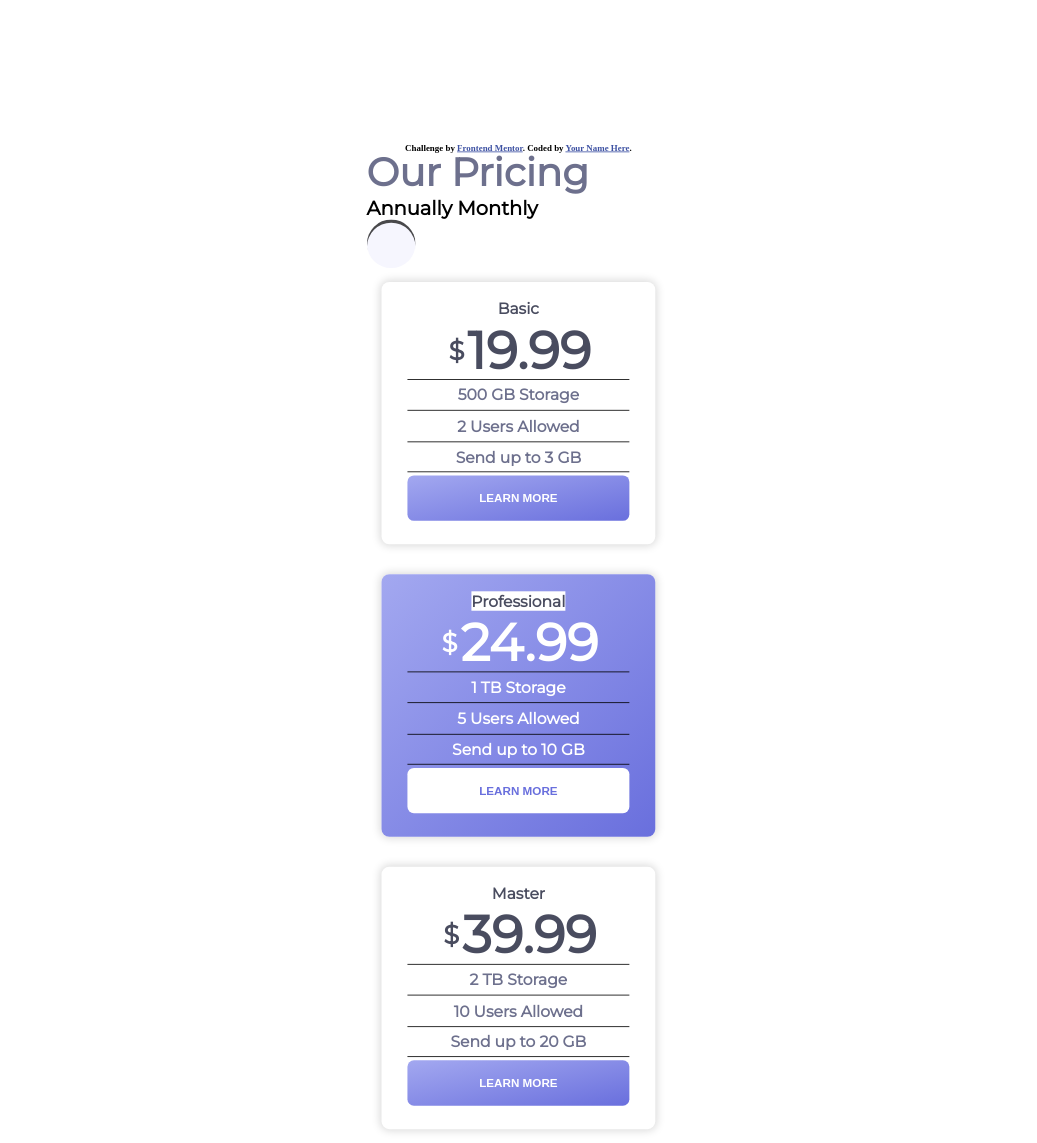
Repository: JuzzJoel/pricing-component-with-toggle-master
Page: index.html
These files come from the project's save history. The page is drawn as it stood at one moment and after a run of saves; the edit follows.
The browser window is 1280 px wide. The pictures show the whole page, at 81% of full size.

Above is the page before, as saved 2025-05-24 11:40:40.

### index.html
<!DOCTYPE html>
<html lang="en">
<head>
  <meta charset="UTF-8">
  <meta name="viewport" content="width=device-width, initial-scale=1.0"> <!-- displays site properly based on user's device -->

  <link rel="icon" type="image/png" sizes="32x32" href="./images/favicon-32x32.png">
  <link rel="preconnect" href="https://fonts.googleapis.com">
  <link rel="preconnect" href="https://fonts.gstatic.com" crossorigin>
  <link
    href="https://fonts.googleapis.com/css2?family=Montserrat:ital,wght@700"
    rel="stylesheet">
  <title>Frontend Mentor | [pricing-component-with-toggle-master]</title>
  <style>
    :root{

      --linear-gradient: linear-gradient(to bottom right, hsl(236, 72%, 79%), hsl(237, 63%, 64%));

--clr-pri: hsl(240, 78%, 98%);
--clr-pri-acc: hsl(234, 14%, 74%);
--clr-sec: hsl(233, 13%, 49%);
--clr-sec-acc: hsl(232, 13%, 33%);
    }
*,
*::before,
*::after {
    box-sizing: border-box;
}

* {
    margin: 0;
    padding: 0;
    box-sizing: border-box;
}
.visually-hidden:not(:focus):not(:active) {
  clip: rect(0 0 0 0);
  clip-path: inset(50%);
  height: 1px;
  overflow: hidden;
  position: absolute;
  white-space: nowrap;
  width: 1px;
}
    .attribution { font-size: 11px; text-align: center;height: 1vh; }
    .attribution a { color: hsl(228, 45%, 44%); }
body{
  font-size: 0.95rem;
  font-weight: 700;
width: 100vw;
height: 150vh;
display: flex;
align-items: center;
justify-content: center;
flex-direction: column;
}


.container{
  width: 375px;
  height: 100vh;
  font-family: "Montserrat", sans-serif;

}
  .pricing-header{
font-size: 1.5rem;
  }
  .pricing-header h1{
    color: var(--clr-sec);

  }
    .toggle-box{

    }

     .toggle-container{
      width: 50px;
      height: 50px;
      position: relative;
      background: var(--clr-pri);
      padding: 30px;
      border-radius: 3rem;

      box-shadow: inset 0 4px 0 0 rgba(0, 0, 0, 0.7);
     }
     .toggle-slider{
      position: absolute;
      border-radius: 50%;
      left: 10px;
      top: 5px;
     }
     input[type="radio"]{
      display: none;
     }

       .pricing{

       }


   .content-body{
    display: flex;
    flex-direction: column;
    align-items: center;
    width: 100%;
    height: 150vh;
   }
   .content{
    display: flex;
    flex-direction: column;
    align-items: center;
    justify-content: space-evenly;
    width: 90%;
    gap: 20px;
    height: 100%;
   }
   .card-container{
    display: flex;
    flex-direction: column;
    align-items: center;
    justify-content: center;
    width: 100%;
    border-radius: .6rem;

    box-shadow: 0 0 .625rem .125rem rgba(0, 0, 0, 0.15);
    height: 30%;
   }
   .card-container:nth-child(2){
  background: var(--linear-gradient);
   }    .card{
          display: flex;
          flex-direction: column;
          align-items: center;
          justify-content: space-between;
          width: 90%;
          height: 85%;
          font-family: "Montserrat", sans-serif;
        }
        .card>*{
          width: inherit;
          display: flex;
          align-items: center;
          justify-content: center;
        }
          .rows-head{
            height: 35%;
            display: flex;
            flex-direction: column;
            align-items: center;
            justify-content: center;
          }
          .rows-head p{
           font-size: 1.2rem;

color: var(--clr-sec-acc);
          }
          .rows-head h1{
            font-size: 4rem;
            color: var(--clr-sec-acc);
            display: flex;
            align-items: center;
           }
           .rows-head h1 span{
            font-size: 2rem;
            color: var(--clr-sec-acc);
            margin-right: 2%;
           }
          .rows{
            height: 15%;
            border: 1px   solid black;
            border-left: none;
            border-right: none;
            color: var(--clr-sec);
            font-size: 1.2rem;
          }
          .rows:nth-child(3){
            border: none;
          }
          .rows-button{
            height: 25%;
            display: flex;
            align-items: center;
            justify-content: center;
          }
  button{
    width: 100%;
    display: flex;
    align-items: center;
    justify-content: center;
    border-radius: .5rem;
    border: none;
    padding: 1.25rem 2.5rem;
    text-transform: uppercase;
    color: white;
background: var(--linear-gradient);
    font-weight: 700;
    font-size: 0.9rem;
  }
  .card-container:nth-child(2) .rows ,
  .card-container:nth-child(2) .rows-head ,
  .card-container:nth-child(2) .rows-head h1 ,
  .card-container:nth-child(2) .rows-head h1 span
  {
    color: white;
  }
  .card-container:nth-child(2) .rows-head p{
    background: white;
  }
  .card-container:nth-child(2) button{
background: white;
color :  hsl(237, 63%, 64%);
  }

          @media(min-width:1440px){
            .content{
              flex-direction: row;
              justify-content: space-between;
             }
          }
  </style>
</head>
<body>
  <div class="attribution">
    Challenge by <a href="https://www.frontendmentor.io?ref=challenge" target="_blank">Frontend Mentor</a>.
    Coded by <a href="#">Your Name Here</a>.
  </div>


  <div class="container">
    <div class="pricing-header">
      <h1>Our Pricing</h1>
      <div class="toggle-box">
        Annually
        Monthly
        <div class="toggle-container">

          <input type="radio" class="pricing" id="price-annnual">
          <label for="price-annual"></label>

          <input type="radio" class="pricing" id="price-month">
          <label for="price-month"></label>

          <div class="toggle-slider"></div>
        </div>
      </div>
      <div class="content-body">
        <div class="content">
          <div class="card-container">
<div class="card">
            <div class="rows-head">
              <p>Basic</p>
         <h1>  <span>&dollar;</span>
          19.99
           <i class="visually-hidden">&dollar;199.99</i>
           </h1>
          </div>
            <div class="rows">500 GB Storage</div>
            <div class="rows">2 Users Allowed</div>
            <div class="rows">Send up to 3 GB</div>
            <div class="rows-button"><button>Learn More</button></div>
          </div>
          </div>

          <div class="card-container">
            <div class="card">
            <div class="rows-head">
              <p>Professional</p>
              <h1> <span>&dollar;</span>24.99
                <i class="visually-hidden">&dollar;249.99</i>
           </h1>
          </div>
            <div class="rows">1 TB Storage</div>
            <div class="rows">5 Users Allowed</div>
            <div class="rows">Send up to 10 GB</div>
            <div class="rows-button"><button>Learn More</button></div>
          </div>
          </div>
          <div class="card-container">
            <div class="card">
            <div class="rows-head">
              <p>Master</p>
              <h1> <span>&dollar;</span>39.99
                <i class="visually-hidden">&dollar;399.99</i>
          </h1>
          </div>
            <div class="rows">2 TB Storage</div>
            <div class="rows">10 Users Allowed</div>
            <div class="rows">Send up to 20 GB</div>
            <div class="rows-button"><button>Learn More</button></div>
          </div>
          </div>
        </div>
      </div>
    </div>
  </div>


</body>
</html>

After the next 2 saves:
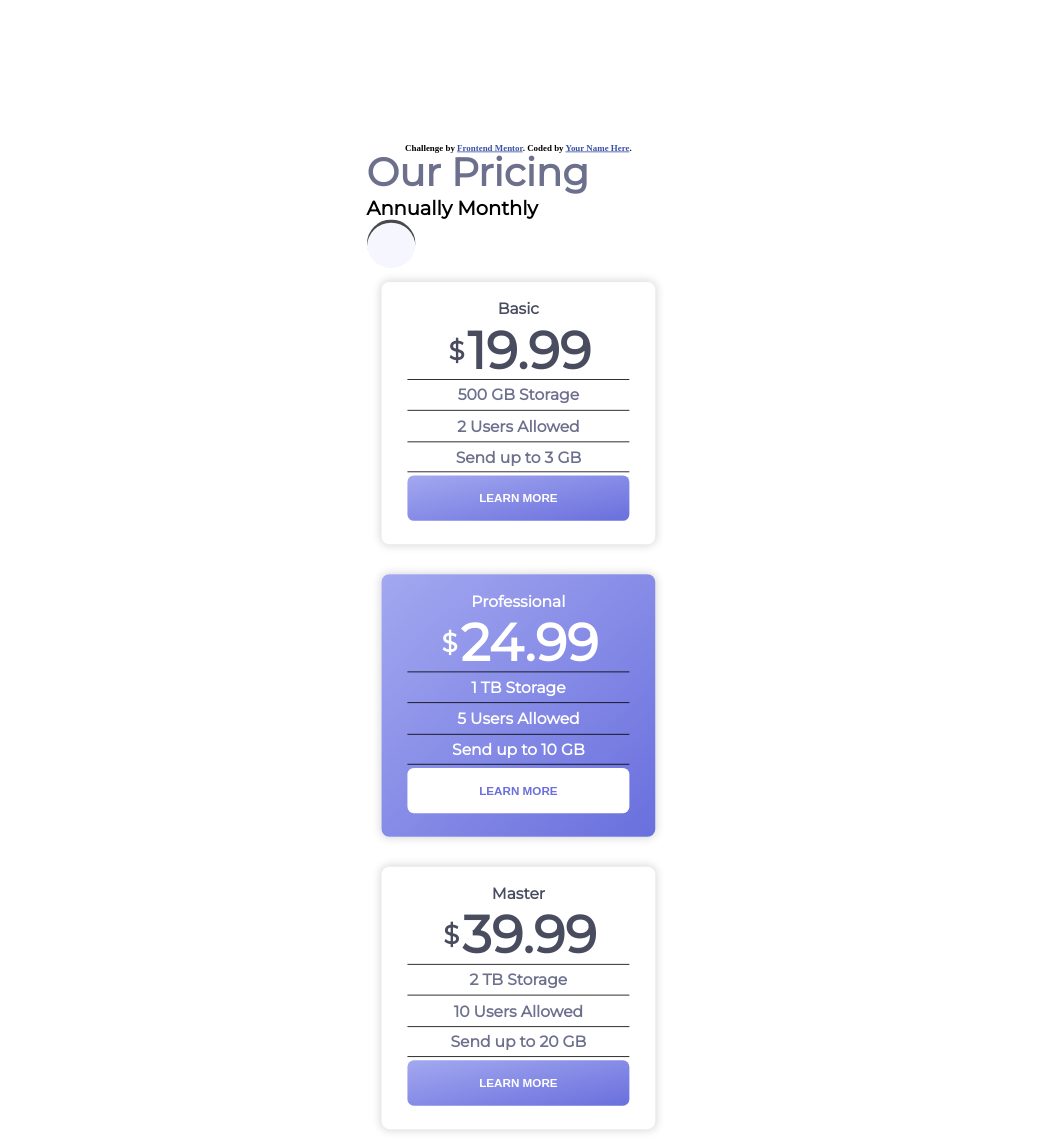
The 2 saves are shown as one change because they came seconds apart.
The last was saved 10 s later.
--- a/index.html
+++ b/index.html
@@ -203,7 +203,7 @@ background: var(--linear-gradient);
     color: white;
   }
   .card-container:nth-child(2) .rows-head p{
-    background: white;
+    color: white;
   }
   .card-container:nth-child(2) button{
 background: white;
